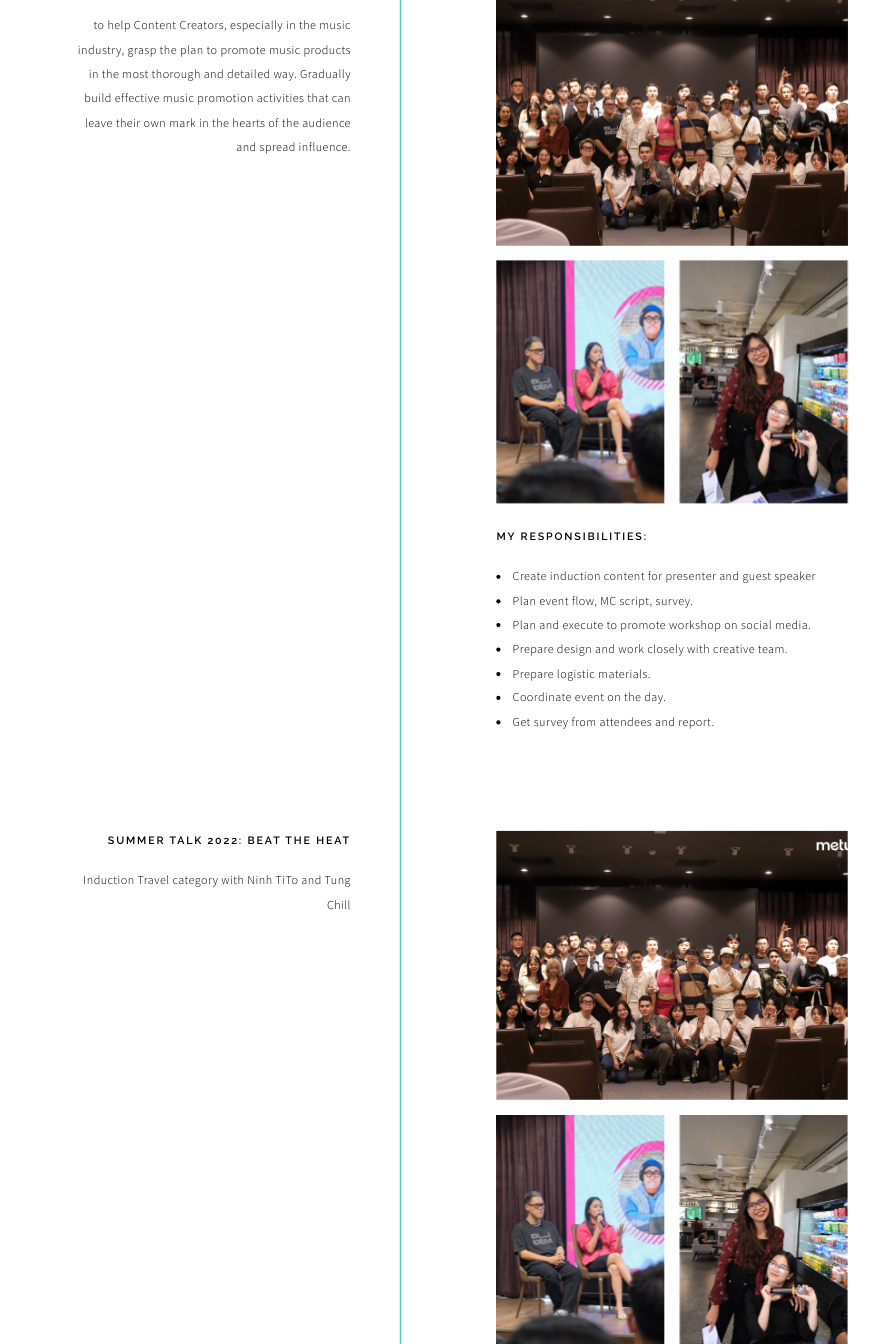
Repository: leonardin999/linh-porfolios
Page: index.html
An editor plug-in stored every save of this project. The page is shown before and after the next save, followed by the edit.
The browser window is 1280 px wide. The pictures show the part of the page from y = 4580 to 6500 px (the page is 8787 px tall), at 70% of full size.

Above is the page before, as saved 2023-01-24 22:37:04.

### index.html
<!DOCTYPE html>
<!--
	Paradigm Shift by HTML5 UP
	html5up.net | @ajlkn
	Free for personal and commercial use under the CCA 3.0 license (html5up.net/license)
-->
<html>
  <head>
    <title>Linh's Porfolio</title>
    <meta charset="utf-8" />
    <meta
      name="viewport"
      content="width=device-width, initial-scale=1, user-scalable=no"
    />
    <meta name="description" content="" />
    <meta name="keywords" content="" />
    <link rel="stylesheet" href="assets/css/main.css" />
  </head>
  <body class="is-preload">
    <!-- Wrapper -->
    <div id="wrapper">
      <!-- Intro -->
      <section class="intro">
        <header>
          <h1>PARTNERSHIP MARKETING EXECUTIVE</h1>
          <p>
            I'm interested in marketing. What I'm attempting to do is increase my abilities, contribute to business development, and satisfy client demand.
          </p>
          <ul class="actions">
            <li>
              <a href="#first" class="arrow scrolly"
                ><span class="label">Next</span></a
              >
            </li>
          </ul>
        </header>
        <div class="content">
          <span class="image fill" data-position="center"
            ><img src="images/pic01.jpg" alt=""
          /></span>
        </div>
      </section>

      <!-- Section -->
      <section id="first">
        <header>
          <h2>Experiences</h2>
        </header>
        <div class="content">
            <strong>METUB NETWORK | May, 2021 - Present</strong>
            <br><strong>Partnership Marketing Executive</strong></br>
            <ul class="">
              <li class="">Create awareness of marketing campaigns to train and educate YouTube creators to grow their channels</li>
              <li class="">Write copy for diverse marketing distributions (posters, Facebook posts for events, newsletters)</li>
              <li class="">Work closely with in-house Creative team to design marketing materials such as brochures, deck templates, newsletters, event posters</li>
              <li class="">Support in producing Monthly Newsletters to creators and YouTube partners, highlighting trending content and YouTube platform updates</li>
              <li class="">Support in partner- related projects and workshops as assigned by direct manager</li>
              <li class="">Support in organizing workshops in terms of marketing materials (banners, social posts, email invites), and logistics (gifting, venue sourcing, events planning) and induction content.</li>
              <li class="">Coordinate in Brand barter deals with Accounts team and Partner Management team</li>
            </ul>

            <strong>TEDxĐaKao | Nov, 2018 - Present</strong>
            <br><strong>Assistant to Organizer</strong></br>
            <ul class="">
              <li class="">Conduct overall marketing and growth plans in conjunction with the team; Mainly about building, branding and promoting information of TEDxĐaKao Speakers/ Ideas worth spreading.</li>
              <li class="">Scan the market for leads, ensure rigorous follow-ups and meetings</li>
              <li class="">Work closely with in-house Creative team to design marketing materials such as brochures, deck templates, newsletters, event posters</li>
              <li class="">Monitor industry activity and market trends relevant to the sponsorship of TEDxĐaKao</li>
              <li class="">Identify and execute pre-event, during events, and post-event stories, potential workshops/campaign and build growth campaign for TEDxĐaKao speakers + community - leading enriching community campaigns</li>
              <li class="">Support in organizing workshops in terms of marketing materials (banners, social posts, email invites), and logistics (gifting, venue sourcing, events planning) and induction content.</li>
              <li class="">A critical part of the role is client servicing – to be able to deliver on pre-agreed deliverables from both parties</li>
            </ul>


            <strong>Self Project | Oct, 2019 - Present</strong>
            <br><strong>Content Creator</strong></br>
            <div>
              <span>IG @foxdaholic | Oct, 2019 to Dec, 2022</span>
              <span><br>IG @vuumylinh  | Nov, 2022 to Present</br></span>
            </div>
            <ul class="">
              <li class="">Collaborate in Brand barter deals with F&B brand ands agencies.</li>
              <li class="">Take architectural photographs of restaurants and photographs of food and drinks.</li>
              <li class="">Share my own opinion about restaurants and their products in verbal.</li>
              <li class="">Do research into trending food and daily writing in an engaging way to attract readers.</li>
            </ul>
          </p>
        </div>
      </section>
      <!-- Section -->
      <section>
        <header>
          <h2>My Projects</h2>
        </header>
        <div class="content">
          <p>
            I believe in <strong>"edutainment"</strong> which can help everyone absorb knowledge easily.
            I am interested in both education and entertainment and combine them in my projects.
          </p>

          <!-- Section -->
          <section>
            <header>
              <h3>metub  network</h3>
              <p>METUB Network <strong>(www.metub.net)</strong> founded in <strong>2014</strong>, leading video and talent network for celebrities and online video creators in Vietnam.</p>
            </header>
            <div class="content">
              <div class="gallery">
                <a href="images/gallery/fulls/01.jpg" class="landscape"
                  ><img src="images/gallery/thumbs/01.jpg" alt=""
                /></a>
                <a href="images/gallery/fulls/02.jpg"
                  ><img src="images/gallery/thumbs/02.jpg" alt=""
                /></a>
                <a href="images/gallery/fulls/03.jpg"
                  ><img src="images/gallery/thumbs/03.jpg" alt=""
                /></a>
                <a href="images/gallery/fulls/04.jpg" class="landscape"
                  ><img src="images/gallery/thumbs/04.jpg" alt=""
                /></a>
              </div>
              <br>
              <p><strong>The company manages, produces, distributes and monetizes</strong> premium Vietnam video content on YouTube and across other platforms. building a strong local creators community.</p>
            </div>
          </section>

          <!-- Section -->
          <section>
            <header>
              <h3>offline induction WORKSHOp</h3>
              <p>
                to help Content Creators, especially in the music industry, grasp the plan to promote music products in the most thorough and detailed way. Gradually build effective music promotion activities that can leave their own mark in the hearts of the audience and spread influence.
              </p>
            </header>
            <div class="content">
              <div class="gallery">
                <a href="images/gallery/fulls/05.jpg" class="landscape"
                  ><img src="images/gallery/thumbs/05.jpg" alt=""
                /></a>
                <a href="images/gallery/fulls/06.jpg"
                  ><img src="images/gallery/thumbs/06.jpg" alt=""
                /></a>
                <a href="images/gallery/fulls/07.jpg"
                  ><img src="images/gallery/thumbs/07.jpg" alt=""
                /></a>
              </div>

              <br>
              <h4><strong>My responsibilities:</strong></h4>
              <ul class="">
                <li class="">Create induction content for presenter and guest speaker</li>
                <li class="">Plan event flow, MC script, survey.</li>
                <li class="">Plan and execute to promote workshop on social media.</li>
                <li class="">Prepare design and work closely with creative team.</li>
                <li class="">Prepare logistic materials.</li>
                <li class="">Coordinate event on the day.</li>
                <li class="">Get survey from attendees and report.</li>
              </ul>
            </div>

          </section>

        <!-- Section -->
        <section>
          <header>
            <h3>SUMMER TALK 2022: BEAT THE HEAT</h3>
            <p>Induction Travel category with Ninh TiTo and Tung Chill</p>
          </header>
          <div class="content">
            <div class="gallery">
              <a href="images/gallery/fulls/11.jpg" class="landscape"
                ><img src="images/gallery/thumbs/05.jpg" alt=""
              /></a>
              <a href="images/gallery/fulls/09.jpg"
                ><img src="images/gallery/thumbs/06.jpg" alt=""
              /></a>
              <a href="images/gallery/fulls/10.jpg"
                ><img src="images/gallery/thumbs/07.jpg" alt=""
              /></a>
            </div>
            <br>
            <p>share Vietnamese behavior trends in the summer of 2022, how to optimize videos effectively and help creators gain more practical knowledge from 2 guest speakers</p>
          </div>
        </section>

        <!-- Section -->
        <section>
          <header>
            <h3>SUMMER TALK 2022: BEAT THE HEAT</h3>
            <p>Induction Travel category with Ninh TiTo and Tung Chill</p>
          </header>
          <div class="content">
            <div class="gallery">
              <a href="images/gallery/fulls/08.jpg" class="landscape"
                ><img class="custom1" src="images/gallery/thumbs/08.jpg" alt=""
              /></a>
            </div>
            <p>share Vietnamese behavior trends in the summer of 2022, how to optimize videos effectively and help creators gain more practical knowledge from 2 guest speakers</p>
          </div>
        </section>

      <!-- Section -->
      <section>
        <header>
          <h2>Duis sed adpiscing veroeros amet</h2>
        </header>
        <div class="content">
          <p>
            <strong>Proin tempus feugiat</strong> sed varius enim lorem
            ullamcorper dolore aliquam aenean ornare velit lacus, ac varius enim
            lorem ullamcorper dolore.
          </p>
          <ul class="actions">
            <li><a href="#" class="button primary large">Get Started</a></li>
            <li><a href="#" class="button large">Learn More</a></li>
          </ul>
        </div>
      </section>
  </section>


      <!-- Elements -->
      <!--
					<section>
						<header>
							<h2>Elements</h2>
						</header>
						<div class="content">

							<section>
								<header>
									<h3>Text</h3>
								</header>
								<div class="content">
									<p>This is <b>bold</b> and this is <strong>strong</strong>. This is <i>italic</i> and this is <em>emphasized</em>.
									This is <sup>superscript</sup> text and this is <sub>subscript</sub> text.
									This is <u>underlined</u> and this is code: <code>for (;;) { ... }</code>. Finally, <a href="#">this is a link</a>.</p>
									<hr />
									<h2>Heading Level 2</h2>
									<h3>Heading Level 3</h3>
									<h4>Heading Level 4</h4>
									<h5>Heading Level 5</h5>
									<hr />
									<h5>Blockquote</h5>
									<blockquote>Fringilla nisl. Donec accumsan interdum nisi, quis tincidunt felis sagittis eget tempus euismod. Vestibulum ante ipsum primis in faucibus vestibulum. Blandit adipiscing eu felis iaculis volutpat ac adipiscing accumsan faucibus. Vestibulum ante ipsum primis in faucibus lorem ipsum dolor sit amet nullam adipiscing eu felis.</blockquote>
									<h5>Preformatted</h5>
									<pre><code>i = 0;

while (!deck.isInOrder()) {
  print 'Iteration ' + i;
  deck.shuffle();
  i++;
}

print 'Sorted in ' + i + ' iterations.';</code></pre>
								</div>
							</section>

							<section>
								<header>
									<h3>Lists</h3>
								</header>
								<div class="content">

									<h4>Unordered</h4>
									<ul>
										<li>Dolor pulvinar etiam.</li>
										<li>Sagittis adipiscing.</li>
										<li>Felis enim feugiat.</li>
									</ul>

									<h4>Alternate</h4>
									<ul class="alt">
										<li>Dolor pulvinar etiam.</li>
										<li>Sagittis adipiscing.</li>
										<li>Felis enim feugiat.</li>
									</ul>

									<h4>Ordered</h4>
									<ol>
										<li>Dolor pulvinar etiam.</li>
										<li>Etiam vel felis viverra.</li>
										<li>Felis enim feugiat.</li>
										<li>Dolor pulvinar etiam.</li>
										<li>Etiam vel felis lorem.</li>
										<li>Felis enim et feugiat.</li>
									</ol>
									<h4>Icons</h4>
									<ul class="icons">
										<li><a href="#" class="icon fa-twitter"><span class="label">Twitter</span></a></li>
										<li><a href="#" class="icon fa-facebook"><span class="label">Facebook</span></a></li>
										<li><a href="#" class="icon fa-instagram"><span class="label">Instagram</span></a></li>
										<li><a href="#" class="icon fa-github"><span class="label">Github</span></a></li>
									</ul>

									<h4>Actions</h4>
									<ul class="actions">
										<li><a href="#" class="button primary">Default</a></li>
										<li><a href="#" class="button">Default</a></li>
									</ul>
									<ul class="actions stacked">
										<li><a href="#" class="button primary">Default</a></li>
										<li><a href="#" class="button">Default</a></li>
									</ul>
								</div>
							</section>

							<section>
								<header>
									<h3>Table</h3>
								</header>
								<div class="content">
									<h4>Default</h4>
									<div class="table-wrapper">
										<table>
											<thead>
												<tr>
													<th>Name</th>
													<th>Description</th>
													<th>Price</th>
												</tr>
											</thead>
											<tbody>
												<tr>
													<td>Item One</td>
													<td>Ante turpis integer aliquet porttitor.</td>
													<td>29.99</td>
												</tr>
												<tr>
													<td>Item Two</td>
													<td>Vis ac commodo adipiscing arcu aliquet.</td>
													<td>19.99</td>
												</tr>
												<tr>
													<td>Item Three</td>
													<td> Morbi faucibus arcu accumsan lorem.</td>
													<td>29.99</td>
												</tr>
												<tr>
													<td>Item Four</td>
													<td>Vitae integer tempus condimentum.</td>
													<td>19.99</td>
												</tr>
												<tr>
													<td>Item Five</td>
													<td>Ante turpis integer aliquet porttitor.</td>
													<td>29.99</td>
												</tr>
											</tbody>
											<tfoot>
												<tr>
													<td colspan="2"></td>
													<td>100.00</td>
												</tr>
											</tfoot>
										</table>
									</div>

									<h4>Alternate</h4>
									<div class="table-wrapper">
										<table class="alt">
											<thead>
												<tr>
													<th>Name</th>
													<th>Description</th>
													<th>Price</th>
												</tr>
											</thead>
											<tbody>
												<tr>
													<td>Item One</td>
													<td>Ante turpis integer aliquet porttitor.</td>
													<td>29.99</td>
												</tr>
												<tr>
													<td>Item Two</td>
													<td>Vis ac commodo adipiscing arcu aliquet.</td>
													<td>19.99</td>
												</tr>
												<tr>
													<td>Item Three</td>
													<td> Morbi faucibus arcu accumsan lorem.</td>
													<td>29.99</td>
												</tr>
												<tr>
													<td>Item Four</td>
													<td>Vitae integer tempus condimentum.</td>
													<td>19.99</td>
												</tr>
												<tr>
													<td>Item Five</td>
													<td>Ante turpis integer aliquet porttitor.</td>
													<td>29.99</td>
												</tr>
											</tbody>
											<tfoot>
												<tr>
													<td colspan="2"></td>
													<td>100.00</td>
												</tr>
											</tfoot>
										</table>
									</div>
								</div>
							</section>

							<section>
								<header>
									<h3>Buttons</h3>
								</header>
								<div class="content">
									<ul class="actions">
										<li><a href="#" class="button primary">Primary</a></li>
										<li><a href="#" class="button">Default</a></li>
									</ul>
									<ul class="actions">
										<li><a href="#" class="button large">Large</a></li>
										<li><a href="#" class="button">Default</a></li>
										<li><a href="#" class="button small">Small</a></li>
									</ul>
									<ul class="actions">
										<li><a href="#" class="button primary icon fa-download">Icon</a></li>
										<li><a href="#" class="button icon fa-download">Icon</a></li>
									</ul>
									<ul class="actions">
										<li><span class="button primary disabled">Disabled</span></li>
										<li><span class="button disabled">Disabled</span></li>
									</ul>
								</div>
							</section>

							<section>
								<header>
									<h3>Form</h3>
								</header>
								<div class="content">
									<form method="post" action="#">
										<div class="fields">
											<div class="field half">
												<label for="demo-name">Name</label>
												<input type="text" name="demo-name" id="demo-name" value="" placeholder="Jane Doe" />
											</div>
											<div class="field half">
												<label for="demo-email">Email</label>
												<input type="email" name="demo-email" id="demo-email" value="" placeholder="jane@untitled.tld" />
											</div>
											<div class="field">
												<label for="demo-category">Category</label>
												<select name="demo-category" id="demo-category">
													<option value="">-</option>
													<option value="1">Manufacturing</option>
													<option value="1">Shipping</option>
													<option value="1">Administration</option>
													<option value="1">Human Resources</option>
												</select>
											</div>
											<div class="field half">
												<input type="radio" id="demo-priority-low" name="demo-priority" checked>
												<label for="demo-priority-low">Low</label>
											</div>
											<div class="field half">
												<input type="radio" id="demo-priority-high" name="demo-priority">
												<label for="demo-priority-high">High</label>
											</div>
											<div class="field half">
												<input type="checkbox" id="demo-copy" name="demo-copy">
												<label for="demo-copy">Email me a copy</label>
											</div>
											<div class="field half">
												<input type="checkbox" id="demo-human" name="demo-human" checked>
												<label for="demo-human">Not a robot</label>
											</div>
											<div class="field">
												<label for="demo-message">Message</label>
												<textarea name="demo-message" id="demo-message" placeholder="Enter your message" rows="6"></textarea>
											</div>
										</div>
										<ul class="actions">
											<li><input type="submit" value="Send Message" class="primary" /></li>
											<li><input type="reset" value="Reset" /></li>
										</ul>
									</form>
								</div>
							</section>

						</div>
					</section>
				-->

      <!-- Section -->
      <section>
        <header>
          <h2>Get in touch</h2>
        </header>
        <div class="content">
          <p>
            <strong>Auctor commodo</strong> interdum et malesuada fames ac ante
            ipsum primis in faucibus. Pellentesque venenatis dolor imperdiet
            dolor mattis sagittis.
          </p>
          <form>
            <div class="fields">
              <div class="field half">
                <input type="text" name="name" id="name" placeholder="Name" />
              </div>
              <div class="field half">
                <input
                  type="email"
                  name="email"
                  id="email"
                  placeholder="Email"
                />
              </div>
              <div class="field">
                <textarea
                  name="message"
                  id="message"
                  placeholder="Message"
                  rows="7"
                ></textarea>
              </div>
            </div>
            <ul class="actions">
              <li>
                <input
                  type="submit"
                  value="Send Message"
                  class="button primary"
                />
              </li>
            </ul>
          </form>
        </div>
        <footer>
          <ul class="items">
            <li>
              <h3>Email</h3>
              <a href="#">information@untitled.ext</a>
            </li>
            <li>
              <h3>Phone</h3>
              <a href="#">(000) 000-0000</a>
            </li>
            <li>
              <h3>Address</h3>
              <span>1234 Somewhere Road, Nashville, TN 00000</span>
            </li>
            <li>
              <h3>Elsewhere</h3>
              <ul class="icons">
                <li>
                  <a href="#" class="icon fa-twitter"
                    ><span class="label">Twitter</span></a
                  >
                </li>
                <li>
                  <a href="#" class="icon fa-facebook"
                    ><span class="label">Facebook</span></a
                  >
                </li>
                <li>
                  <a href="#" class="icon fa-instagram"
                    ><span class="label">Instagram</span></a
                  >
                </li>
                <li>
                  <a href="#" class="icon fa-linkedin"
                    ><span class="label">LinkedIn</span></a
                  >
                </li>
                <li>
                  <a href="#" class="icon fa-github"
                    ><span class="label">GitHub</span></a
                  >
                </li>
                <li>
                  <a href="#" class="icon fa-codepen"
                    ><span class="label">Codepen</span></a
                  >
                </li>
              </ul>
            </li>
          </ul>
        </footer>
      </section>

      <!-- Copyright -->
      <div class="copyright">
        &copy; Untitled. All rights reserved. Design:
        <a href="https://html5up.net">HTML5 UP</a>. Distributed by
        <a href="https://themewagon.com/">ThemeWagon</a>
      </div>
    </div>

    <!-- Scripts -->
    <script src="assets/js/jquery.min.js"></script>
    <script src="assets/js/jquery.scrolly.min.js"></script>
    <script src="assets/js/browser.min.js"></script>
    <script src="assets/js/breakpoints.min.js"></script>
    <script src="assets/js/util.js"></script>
    <script src="assets/js/main.js"></script>
  </body>
</html>

Loaded but not shown: assets/css/font-awesome.min.css (library); assets/js/jquery.min.js (library); assets/js/jquery.scrolly.min.js (common file); assets/js/browser.min.js (common file); assets/js/breakpoints.min.js (common file); assets/js/util.js (587 lines, source omitted); assets/js/main.js (208 lines, source omitted); assets/css/main.css (3931 lines, source omitted)

After the next save:
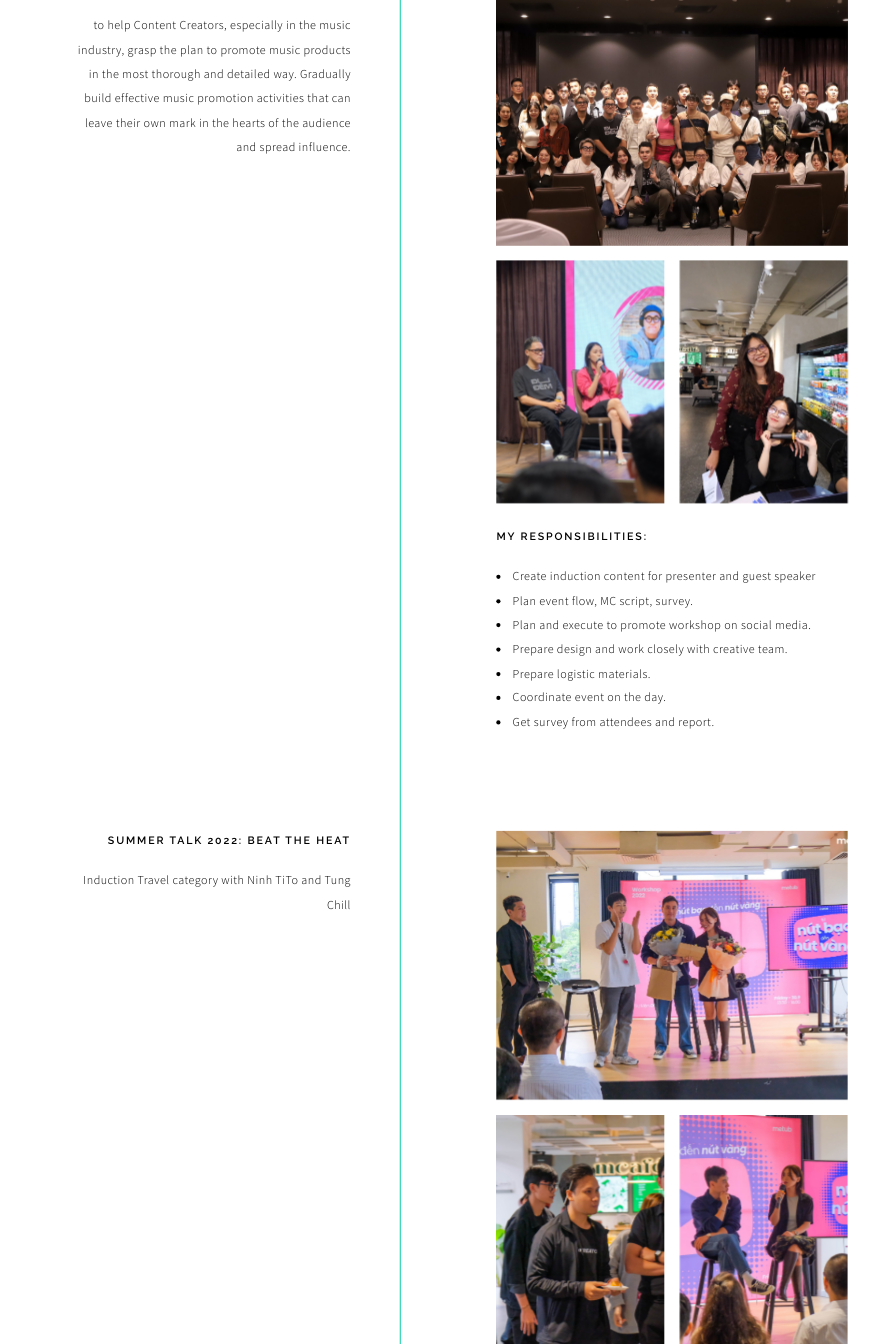
Saved 3 min 5 s later.
--- a/index.html
+++ b/index.html
@@ -169,13 +169,13 @@
           <div class="content">
             <div class="gallery">
               <a href="images/gallery/fulls/11.jpg" class="landscape"
-                ><img src="images/gallery/thumbs/05.jpg" alt=""
+                ><img src="images/gallery/thumbs/11.jpg" alt=""
               /></a>
               <a href="images/gallery/fulls/09.jpg"
-                ><img src="images/gallery/thumbs/06.jpg" alt=""
+                ><img src="images/gallery/thumbs/09.jpg" alt=""
               /></a>
               <a href="images/gallery/fulls/10.jpg"
-                ><img src="images/gallery/thumbs/07.jpg" alt=""
+                ><img src="images/gallery/thumbs/10.jpg" alt=""
               /></a>
             </div>
             <br>
